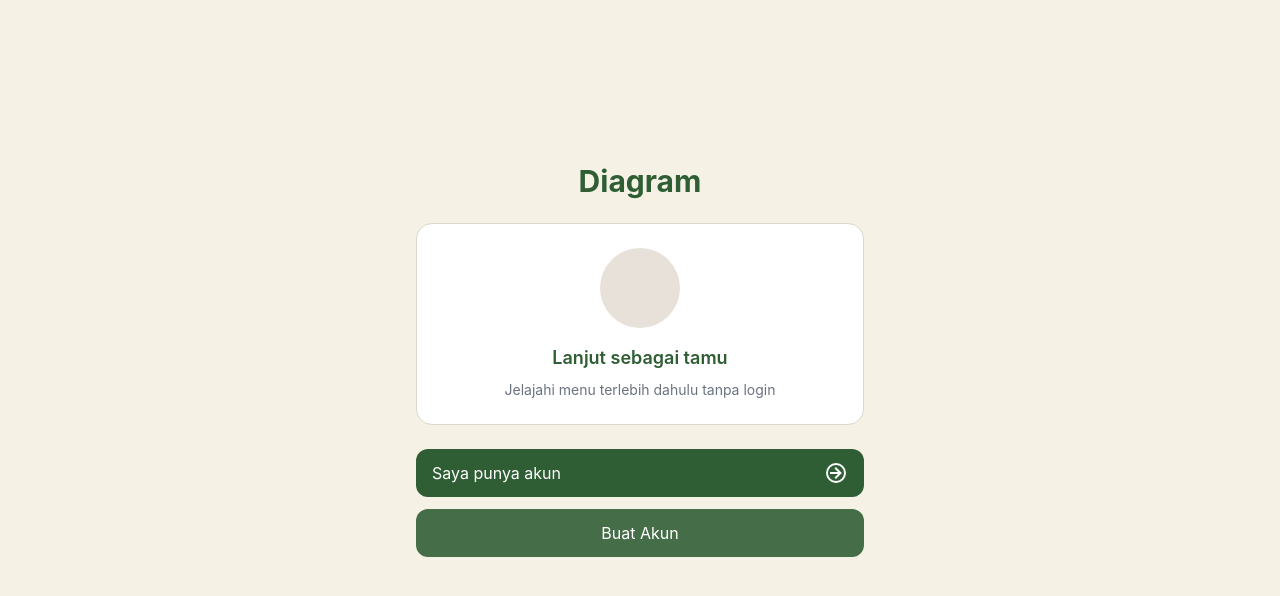
Repository: PajarAland/DiagramCoffee
Page: /
These files come from the project's save history. The page is drawn as it stood at one moment and after the next save; the edit follows.
The browser window is 1280 px wide. The pictures show the whole page.
The page's requests for data from a server got no answer. The project was rebuilt for these pictures with package versions that can differ from the ones it lists, and the page was loaded fresh each time. Some packages were replaced by stand-ins written for this rebuild. No one was signed in, and anything a server would have sent is missing. Also part of the build but not shown: vite.config.js, src/pages/Login.jsx, src/pages/Register.jsx, src/pages/Home.jsx, src/auth/ProtectedRoute.jsx.

Above is the page before, as saved 2026-04-26 17:33:11.

### index.html
<!doctype html>
<html lang="en">
  <head>
    <meta charset="UTF-8" />
    <link rel="icon" type="image/svg+xml" href="/favicon.svg" />
    <meta name="viewport" content="width=device-width, initial-scale=1.0" />
    <title>diagramcoffee</title>
  </head>
  <body>
    <div id="root"></div>
    <script type="module" src="/src/main.jsx"></script>
  </body>
</html>

### src/index.css
@tailwind base;
@tailwind components;
@tailwind utilities;

body {
  @apply font-sans;
}

### src/App.jsx
import { BrowserRouter, Routes, Route } from "react-router-dom";
import Landing from "./pages/Landing";
import Login from "./pages/Login";
import Register from "./pages/Register";
import Home from "./pages/Home";
import ProtectedRoute from "./auth/ProtectedRoute";
import { AuthProvider } from "./context/AuthContext";

function App() {
  return (
    <AuthProvider>
      <BrowserRouter>
        <Routes>
          <Route path="/" element={<Landing />} />
          <Route path="/login" element={<Login />} />
          <Route path="/register" element={<Register />} />

          <Route
            path="/home"
            element={
              <ProtectedRoute>
                <Home />
              </ProtectedRoute>
            }
          />
        </Routes>
      </BrowserRouter>
    </AuthProvider>
  );
}

export default App;

### src/pages/Landing.jsx
import { useNavigate } from "react-router-dom";
import { Link } from "react-router-dom";
import arrowIconWhite from "../assets/mdi--arrow-right-thin-circle-outline-white.svg";

function Landing() {
  const navigate = useNavigate();

  return (
    <div className="min-h-screen bg-[#F5F1E5] flex flex-col items-center justify-center px-5">

      <h1 className="text-3xl font-bold text-[#2F5D34] mb-6">
        Diagram
      </h1>

      <div className="bg-white rounded-2xl p-6 w-full max-w-md text-center border border-[#DDD6CE]">
        <div className="w-20 h-20 bg-[#E8E1D9] rounded-full mx-auto mb-4"></div>

        <Link to="/homeGuest" className="text-[#2F5D34] text-lg font-semibold hover:underline">
          Lanjut sebagai tamu
        </Link>

        <p className="text-gray-500 text-sm mt-2">
          Jelajahi menu terlebih dahulu tanpa login
        </p>
      </div>

      {/* <button onClick={() => navigate("/login")} className="mt-6 w-full max-w-md bg-[#2F5D34] text-white py-3 rounded-xl">
        Saya punya akun
      </button> */}

      <button
        onClick={() => navigate("/login")}
        className="mt-6 w-full max-w-md bg-[#2F5D34] text-white py-3 rounded-xl flex items-center justify-between px-4"
      >
        <span>Saya punya akun</span>
        <img src={arrowIconWhite} alt="arrow" className="w-6 h-6" />
      </button>

      <button onClick={() => navigate("/register")} className="mt-3 w-full max-w-md bg-[#446D48] text-white py-3 rounded-xl">
        Buat Akun
      </button>
    </div>
  );
}

export default Landing;

### src/context/AuthContext.jsx
import { createContext, useContext, useEffect, useState } from "react";
import API from "../services/api";

const AuthContext = createContext();

export function AuthProvider({ children }) {
  const [user, setUser] = useState(null);
  const [initialized, setInitialized] = useState(false); // penting

  // ambil user sekali saat app start (background)
  const fetchUser = async () => {
    try {
      const res = await API.get("/api/user");
      setUser(res.data.data);
    } catch {
      setUser(null);
    } finally {
      setInitialized(true);
    }
  };

  useEffect(() => {
    fetchUser();
  }, []);

  const refreshUser = async () => {
  try {
    const res = await API.get("/api/user");
    setUser(res.data.data);
  } catch {
    setUser(null);
  } finally {
    setInitialized(true);
  }
};

  const login = (userData) => {
    setUser(userData);
  };

  const logout = async () => {
    await API.post("/api/logout");
    setUser(null);
  };

  return (
    <AuthContext.Provider
      value={{
        user,
        setUser,
        login,
        logout,
        initialized, // status auth selesai dicek
        refreshUser, // fungsi untuk refresh data user
      }}
    >
      {children}
    </AuthContext.Provider>
  );
}

export const useAuth = () => useContext(AuthContext);

### src/services/api.js
import axios from "axios";

const API = axios.create({
  baseURL: "http://localhost:8000",
  withCredentials: true,

  headers: {
    Accept: "application/json",
  },
});

// 🔥 INI YANG SELAMA INI KURANG
API.interceptors.request.use((config) => {
  const token = document.cookie
    .split("; ")
    .find(row => row.startsWith("XSRF-TOKEN="))
    ?.split("=")[1];

  if (token) {
    config.headers["X-XSRF-TOKEN"] = decodeURIComponent(token);
  }

  return config;
});

export default API;

### tailwind.config.js
/** @type {import('tailwindcss').Config} */
export default {
  content: [
    "./index.html",
    "./src/**/*.{js,jsx,ts,tsx}",
  ],
  theme: {
    fontFamily: {
      sans: ["Inter", "ui-sans-serif", "system-ui"],
    },
    extend: {},
  },
  plugins: [],
}

Loaded but not shown: src/main.jsx (common file)

After the next save:
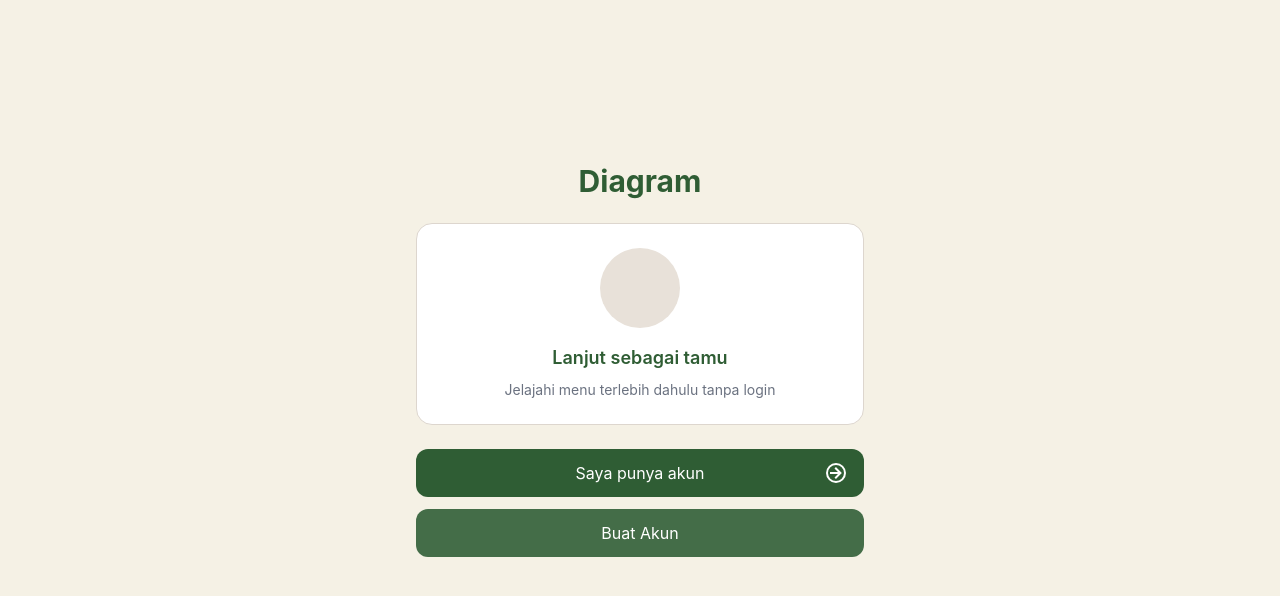
Saved 104 s later.
--- a/src/pages/Landing.jsx
+++ b/src/pages/Landing.jsx
@@ -30,10 +30,15 @@ function Landing() {
 
       <button
         onClick={() => navigate("/login")}
-        className="mt-6 w-full max-w-md bg-[#2F5D34] text-white py-3 rounded-xl flex items-center justify-between px-4"
+        className="mt-6 w-full max-w-md bg-[#2F5D34] text-white py-3 rounded-xl relative flex items-center justify-center"
       >
-        <span>Saya punya akun</span>
-        <img src={arrowIconWhite} alt="arrow" className="w-6 h-6" />
+        <span className="text-center">Saya punya akun</span>
+
+        <img
+          src={arrowIconWhite}
+          alt="arrow"
+          className="w-6 h-6 absolute right-4"
+        />
       </button>
 
       <button onClick={() => navigate("/register")} className="mt-3 w-full max-w-md bg-[#446D48] text-white py-3 rounded-xl">
